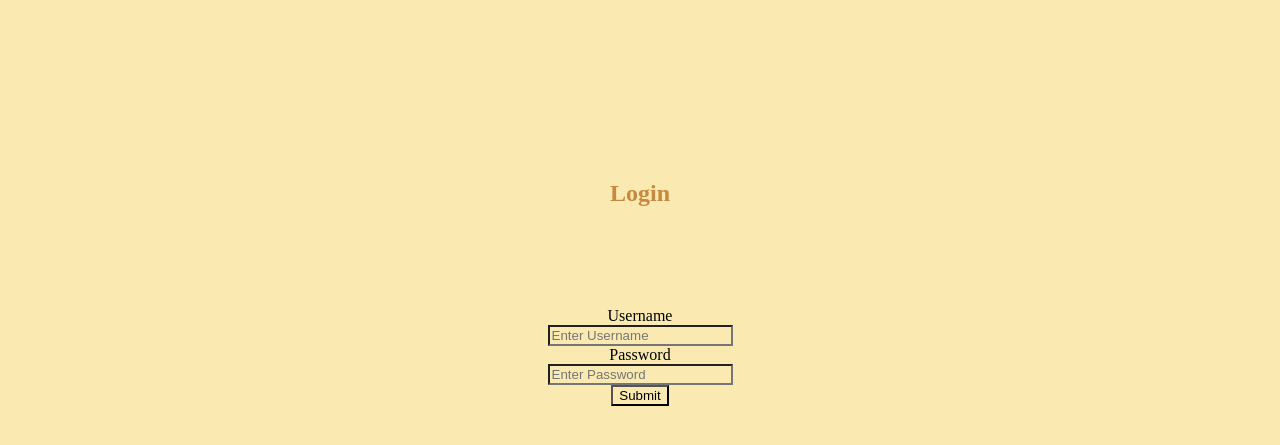
Repository: Shivamkr522/Contact_Us_Page
Page: http://localhost/ContactUs/login.jsp
An editor plug-in stored every save of this project. The page is shown before and after the next save, followed by the edit.
The browser window is 1280 px wide. The pictures show the whole page.
The page is served by Tomcat 9. Other server files are loaded and not shown.

Above is the page before, as saved 2022-12-11 13:15:29.

### ContactUs/src/main/webapp/login.jsp
<%@ page language="java" contentType="text/html; charset=UTF-8"
    pageEncoding="UTF-8"%>
 <%@ taglib prefix="c" uri="http://java.sun.com/jsp/jstl/core"%>
<!DOCTYPE html>
<html>
<head>
<meta charset="UTF-8">
<title>Login</title>
<link rel="stylesheet" href="login.css">

</head>
<body>
	<div id="login-box">
		<h2>Login</h2>
		<form action="login" method="post">
			<label for="user-name">Username</label>
			<br>
			<input type="text" name="username" id="user" placeholder="Enter Username">
			<br>
			<label for="password">Password</label>
			<br>
			<input type="password" name="password" id="pass" placeholder="Enter Password">
			<br>
			<button>Submit</button>
		</form>
	</div>
</body>
</html>

### ContactUs/src/main/webapp/login.css
@charset "UTF-8";

*{
	background-color: #FAEAB1;
}

h2{
	text-align: center;
	color: #C58940;
}

form{
	text-align: center;
	padding: 5rem 0;
}

#login-box{
	display: flex;
	flex-direction: column;

	margin: 10rem 20rem;
}

After the next save:
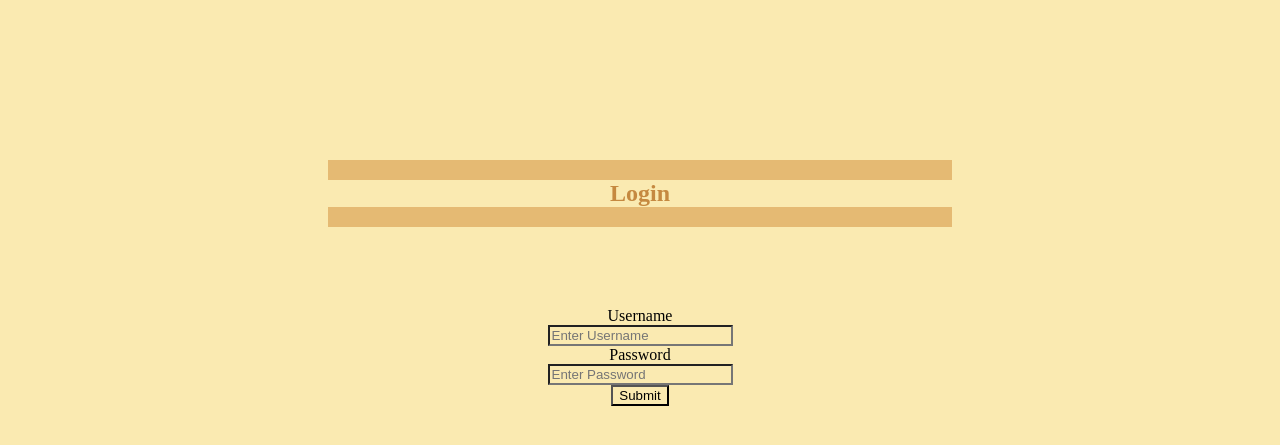
Saved 42 s later.
--- a/ContactUs/src/main/webapp/login.css
+++ b/ContactUs/src/main/webapp/login.css
@@ -17,6 +17,6 @@ form{
 #login-box{
 	display: flex;
 	flex-direction: column;
-
+	background-color: #E5BA73;
 	margin: 10rem 20rem;
 }
